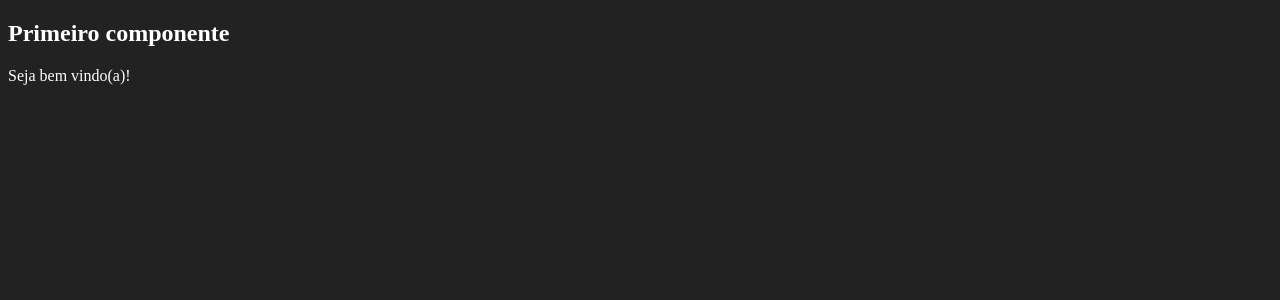
Repository: jean-siqueira/fundamentos-react
Page: /
These files come from the project's save history. The page is drawn as it stood at one moment and after a run of saves; the edit follows.
The browser window is 1280 px wide. The pictures show the whole page.
The project was rebuilt for these pictures with package versions that can differ from the ones it lists, and the page was loaded fresh each time.

Above is the page before, as saved 2023-03-04 11:06:40.

### src/index.js
import './index.css'
import ReactDOM from 'react-dom'
import React from 'react'

import Primeiro from './components/basicos/Primeiro'
import ComParametro from './components/basicos/ComParametro'

const tag = <strong>Olá React</strong>


ReactDOM.render(
    <div>
        <Primeiro></Primeiro>
    </div>,
    document.getElementById('root'))

### src/components/basicos/Primeiro.js

import React from "react"

export default function Primeiro() {

    const msg = 'Seja bem vindo(a)!'

    return (
        <div>
            <h2>Primeiro componente</h2>
            <p>  {msg} </p>
        </div>
    )

}

### src/components/basicos/ComParametro.jsx
export default function ComParametro() {
    return (
        <div>
            <h2>titulo</h2>
            <h3>subtitulo</h3>
        </div>
    )
}

Loaded but not shown: public/index.html (common file); src/index.css (common file)

After the next 4 saves:
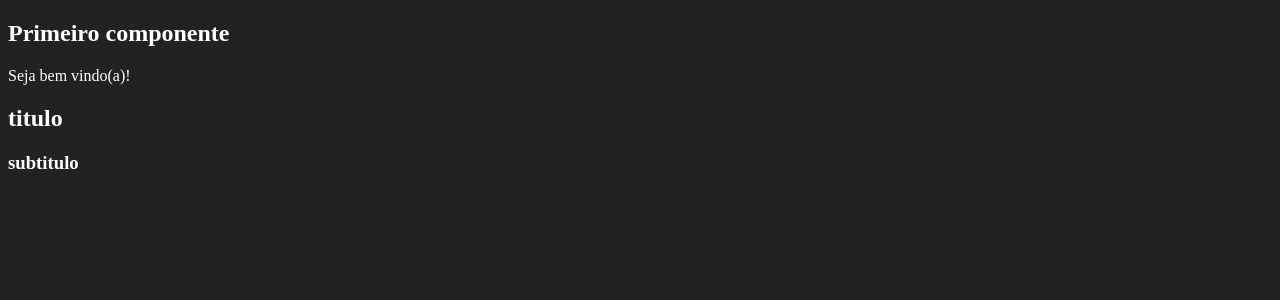
The 4 saves are shown as one change because they came seconds apart.
The last was saved 9 s later.
--- a/src/index.js
+++ b/src/index.js
@@ -11,5 +11,6 @@ const tag = <strong>Olá React</strong>
 ReactDOM.render(
     <div>
         <Primeiro></Primeiro>
+        <ComParametro></ComParametro>
     </div>,
     document.getElementById('root'))
